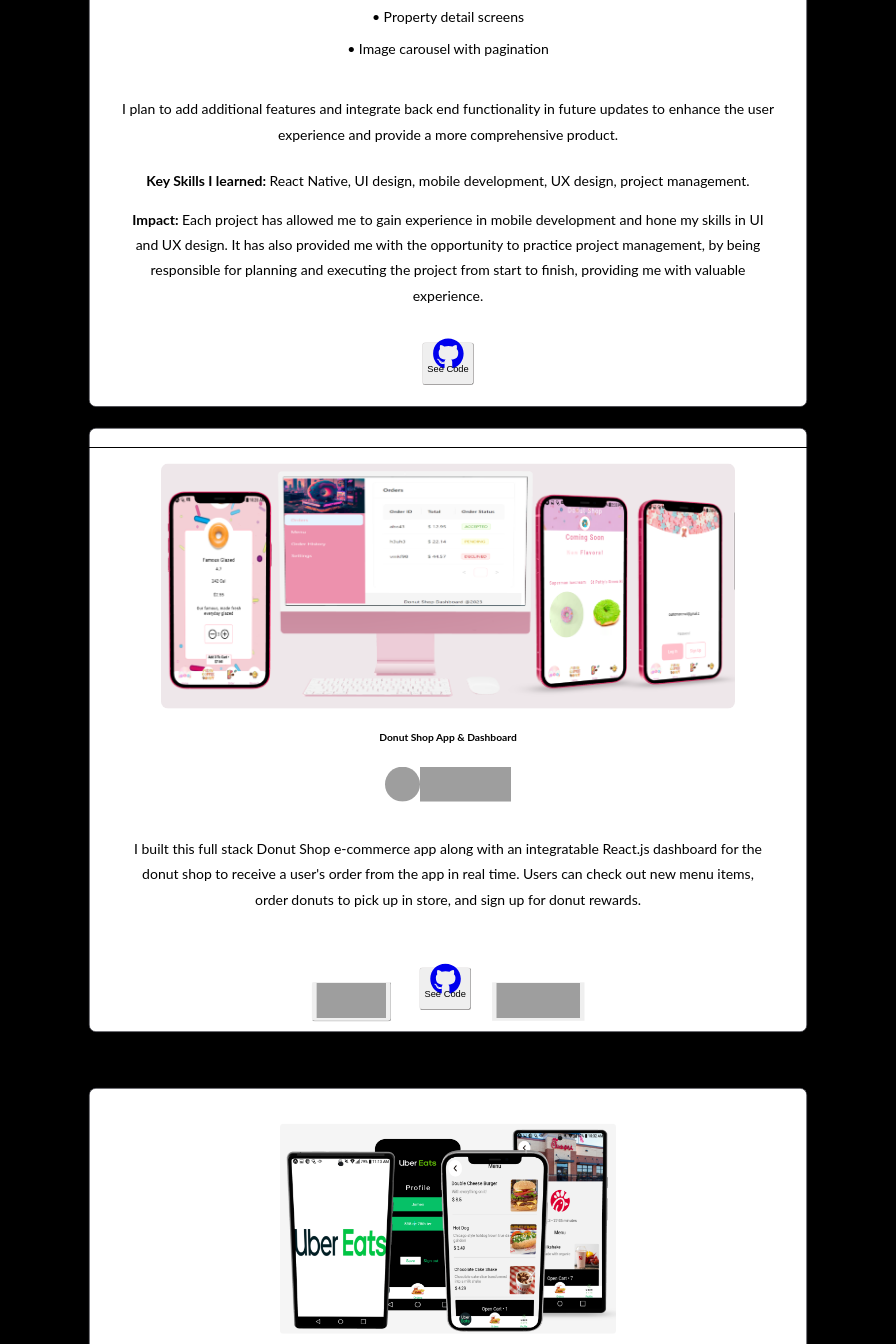
Repository: JamesPesenti/portfolio
Page: /
These files come from the project's save history. The page is drawn as it stood at one moment and after the next save; the edit follows.
The browser window is 1280 px wide. The pictures show the part of the page from y = 2265 to 4185 px (the page is 6929 px tall), at 70% of full size.
Pictures or frames that could not be fetched are drawn as grey boxes. The project was rebuilt for these pictures with package versions that can differ from the ones it lists, and the page was loaded fresh each time. Imported but missing from the stored project, and not drawn on this page: src/Components/James Pesenti Resume 2023.pdf.

Above is the page before, as saved 2023-05-06 09:46:46.

After the next save:
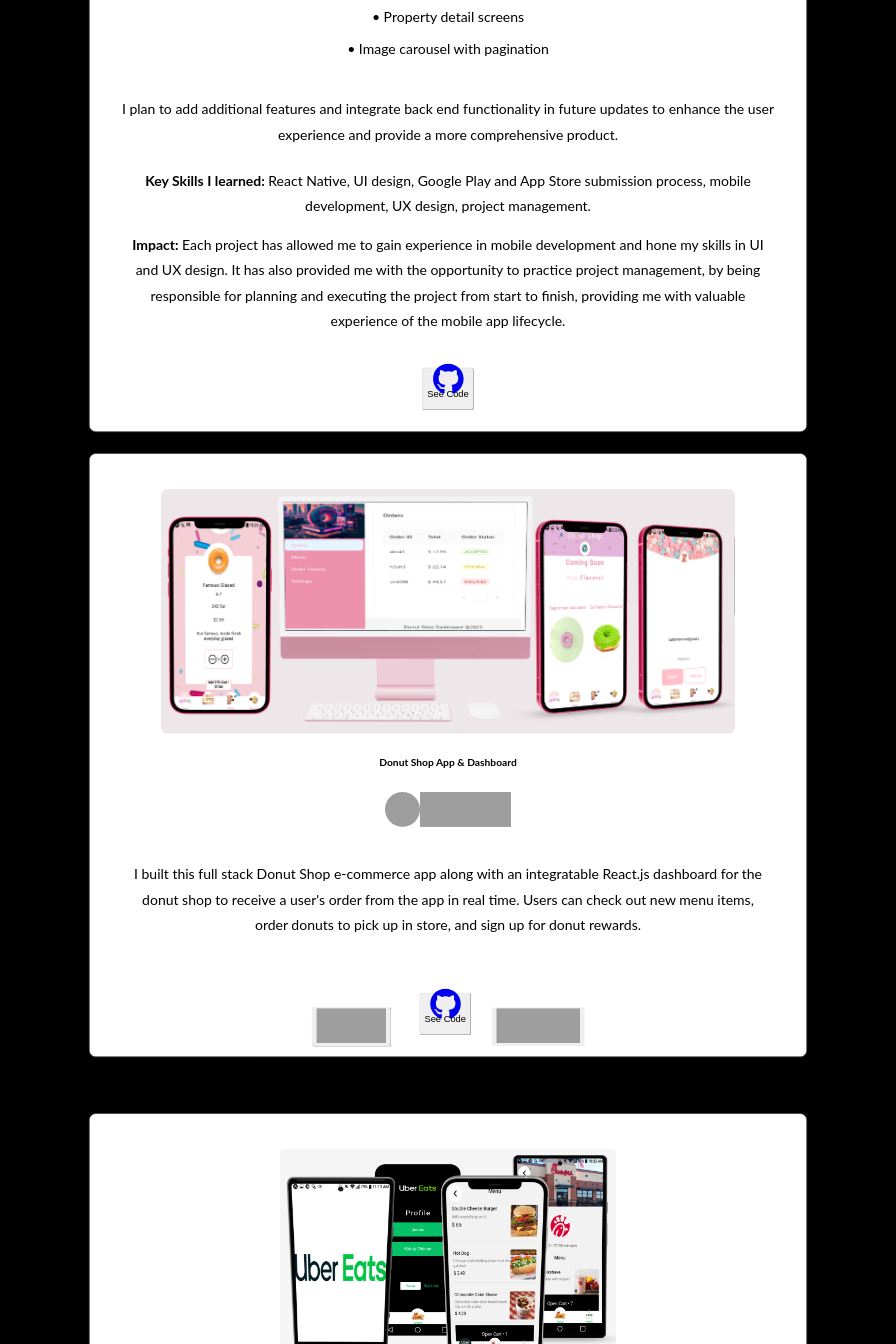
Saved 3 min 7 s later.
--- a/src/Components/MyProjects.jsx
+++ b/src/Components/MyProjects.jsx
@@ -28,8 +28,8 @@
             <p style={{fontSize: 20, padding: 0, marginBottom: -10}}>&#8226; Property detail screens</p>
             <p style={{fontSize: 20,  padding: 0, marginBottom: -10}}>&#8226; Image carousel with pagination</p>
             <p style={{fontSize: 20, textAlign: 'center', padding: 40, marginBottom: -60}}>I plan to add additional features and integrate back end functionality in future updates to enhance the user experience and provide a more comprehensive product.</p>
-            <p style={{fontSize: 20, textAlign: 'center', padding: 30, marginBottom: -80}}><b> Key Skills I learned: </b>React Native, UI design, mobile development, UX design, project management.</p>
-            <p style={{fontSize: 20, textAlign: 'center', padding: 50}}><b> Impact: </b> Each project has allowed me to gain experience in mobile development and hone my skills in UI and UX design. It has also provided me with the opportunity to practice project management, by being responsible for planning and executing the project from start to finish, providing me with valuable experience.</p>
+            <p style={{fontSize: 20, textAlign: 'center', padding: 30, marginBottom: -80}}><b> Key Skills I learned: </b>React Native, UI design, Google Play and App Store submission process, mobile development, UX design, project management.</p>
+            <p style={{fontSize: 20, textAlign: 'center', padding: 50}}><b> Impact: </b> Each project has allowed me to gain experience in mobile development and hone my skills in UI and UX design. It has also provided me with the opportunity to practice project management, by being responsible for planning and executing the project from start to finish, providing me with valuable experience of the mobile app lifecycle.</p>
 
             <div style={{flexDirection: "row"}}>
                 {/* <UberGoogleButton  /> */}
